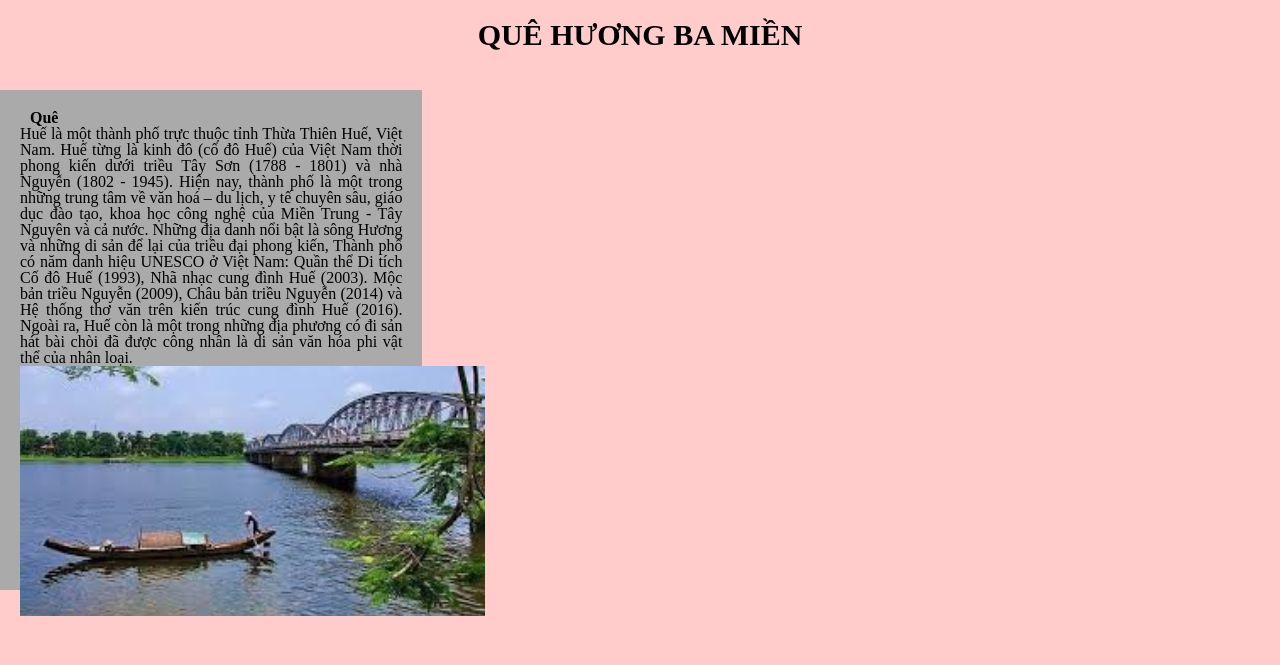
Repository: Tan-Khang21/TH_TKW--Buoi_06
Page: Bai_Tap_Tren_lop/Bai_02/LayoutCSS2.html
The author's editor kept a copy of each file at every save. The page is drawn from the files as they stood at one save, then again after the next save.
The browser window is 1280 px wide. The pictures show the whole page.

Above is the page before, as saved 2024-03-11 20:25:16.

### Bai_Tap_Tren_lop/Bai_02/LayoutCSS2.html
<!DOCTYPE html>
<html lang="en">
  <head>
    <meta charset="UTF-8" />
    <meta name="viewport" content="width=device-width, initial-scale=1.0" />
    <title>Document</title>
    <link rel="stylesheet" href="style.css" />
    <link rel="stylesheet" href="reset.css" />
  </head>
  <body>
    <h2 class="title">QUÊ HƯƠNG BA MIỀN</h2>
    <div class="item">
      <h5 style="font-weight: bold; margin-left: 10px">Quê</h5>
      <p>
        Huế là một thành phố trực thuộc tỉnh Thừa Thiên Huế, Việt Nam. Huế từng
        là kinh đô (cổ đô Huế) của Việt Nam thời phong kiến dưới triều Tây Sơn
        (1788 - 1801) và nhà Nguyễn (1802 - 1945). Hiện nay, thành phố là một
        trong những trung tâm về văn hoá – du lịch, y tế chuyên sâu, giáo dục
        đào tạo, khoa học công nghệ của Miền Trung - Tây Nguyên và cả nước.
        Những địa danh nổi bật là sông Hương và những di sản để lại của triều
        đại phong kiến, Thành phố có năm danh hiệu UNESCO ở Việt Nam: Quần thể
        Di tích Cố đô Huế (1993), Nhã nhạc cung đình Huế (2003). Mộc bản triều
        Nguyễn (2009), Châu bản triều Nguyễn (2014) và Hệ thống thơ văn trên
        kiến trúc cung đình Huế (2016). Ngoài ra, Huế còn là một trong những địa
        phương có đi sản hát bài chòi đã được công nhân là di sản văn hóa phi
        vật thể của nhân loại.
      </p>
      <div class="images">
        <img src="images/images1.jpg" alt="" />
      </div>
    </div>
  </body>
</html>

### Bai_Tap_Tren_lop/Bai_02/style.css
* {
  box-sizing: border-box;
}
body {
  width: 100%;
  background-color: #ffcccb;
}
.title {
  text-align: center;
  font-size: 30px;
  margin: 20px;
  margin-bottom: 40px;
  font-weight: bold;
}
.item {
  width: 33%;
  height: 500px;
  padding: 20px;
  background-color: #aaaaaa;
  text-align: justify;
}
.images {
  width: 465px;
  height: 250px;
}
.images img {
  width: 100%;
  height: 100%;
  object-fit: cover;
}

Loaded but not shown: Bai_Tap_Tren_lop/Bai_02/reset.css (common file)

After the next save:
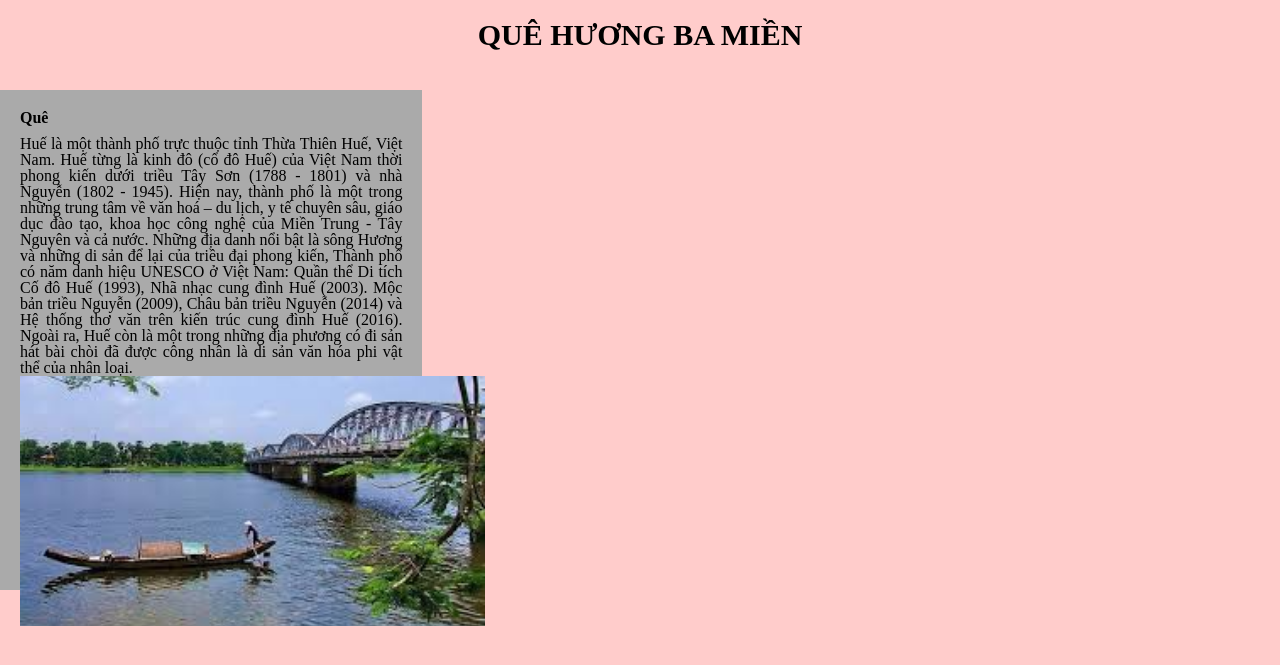
Saved 13 s later.
--- a/Bai_Tap_Tren_lop/Bai_02/LayoutCSS2.html
+++ b/Bai_Tap_Tren_lop/Bai_02/LayoutCSS2.html
@@ -10,7 +10,7 @@
   <body>
     <h2 class="title">QUÊ HƯƠNG BA MIỀN</h2>
     <div class="item">
-      <h5 style="font-weight: bold; margin-left: 10px">Quê</h5>
+      <h5 style="font-weight: bold; margin-bottom: 10px">Quê</h5>
       <p>
         Huế là một thành phố trực thuộc tỉnh Thừa Thiên Huế, Việt Nam. Huế từng
         là kinh đô (cổ đô Huế) của Việt Nam thời phong kiến dưới triều Tây Sơn
